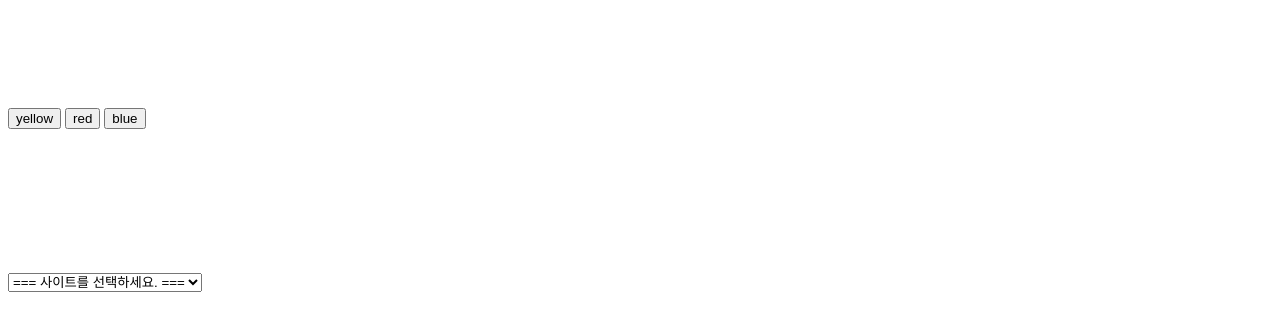
Repository: mjh1583/Hustar03_eGov
Page: http://localhost/JavaScript/js007.jsp
The author's editor kept a copy of each file at every save. The page is drawn from the files as they stood at one save, then again after the next save.
The browser window is 1280 px wide. The pictures show the whole page.
The page is served by Tomcat 9.

Above is the page before, as saved 2021-05-06 07:52:03.

### workspace/JavaScript/src/main/webapp/js007.jsp
<%@ page language="java" contentType="text/html; charset=UTF-8"
    pageEncoding="UTF-8"%>
<!DOCTYPE html>
<html>
<head>
	<meta charset="UTF-8">
	<title>jQuery 이벤트</title>
</head>
<body>
	<div style="width: 100px; height: 100px;" id="contentsArea">

	</div>
	<input type="button" class="btn" value="yellow" w="200px" h="300px"/>
	<input type="button" class="btn" value="red" w="150px" h="200px"/>
	<input type="button" class="btn" value="blue" w="500px" h="1000px"/>

	<br><br><br><br><br><br><br><br><br>
	<div>
		<select id="select" name="select">
			<option value="">=== 사이트를 선택하세요. ===</option>
			<option value="https://www.naver.com">네이버</option>
			<option value="https://www.daum.net">다음</option>
			<option value="https://www.google.com">구글</option>
		</select>
	</div>

	<script src="https://code.jquery.com/jquery-3.6.0.js"></script>
	<script type="text/javascript">
		$('.btn').bind('click', function() {
			$('#contentsArea').css('background-color', $(this).val());
			$('#contentsArea').css('width', $(this).attr('w'));
			$('#contentsArea').css('height', $(this).attr('h'));
		});

		$('#select').bind('change', function() {
			//alert($(this).val());
			location.href = $(this).val();
		});

		$('.btn').bind('hover', function() {
			$('#contentsArea').css('background-color', $(this).val());
			$('#contentsArea').css('width', $(this).attr('w'));
			$('#contentsArea').css('height', $(this).attr('h'));
		});

		/*
			이벤트 종류
			click
			change
			hover
			mousedown
			mouseup
			mouseenter
			mouseleave
			mousemove
			scroll
			keypress
			keydown
			keyup
		*/
	</script>
</body>
</html>

After the next save:
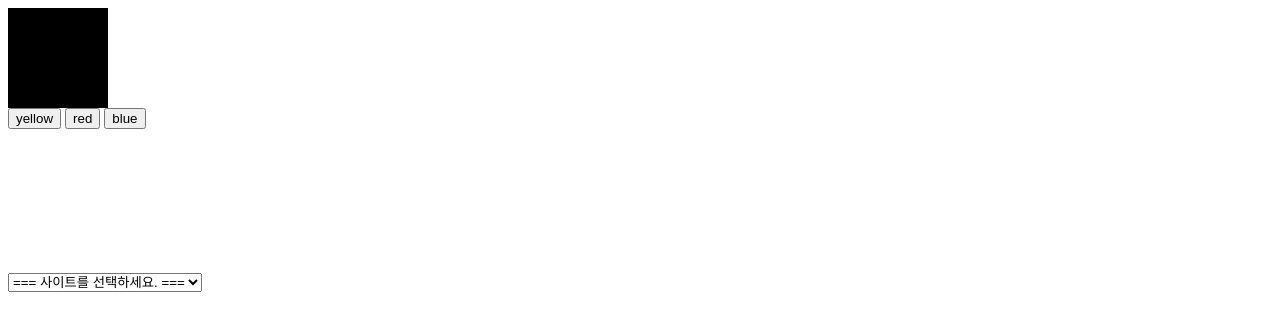
Saved 65 s later.
--- a/workspace/JavaScript/src/main/webapp/js007.jsp
+++ b/workspace/JavaScript/src/main/webapp/js007.jsp
@@ -7,7 +7,7 @@
 	<title>jQuery 이벤트</title>
 </head>
 <body>
-	<div style="width: 100px; height: 100px;" id="contentsArea">
+	<div style="width: 100px; height: 100px; background-color: black;" id="contentsArea">
 
 	</div>
 	<input type="button" class="btn" value="yellow" w="200px" h="300px"/>
